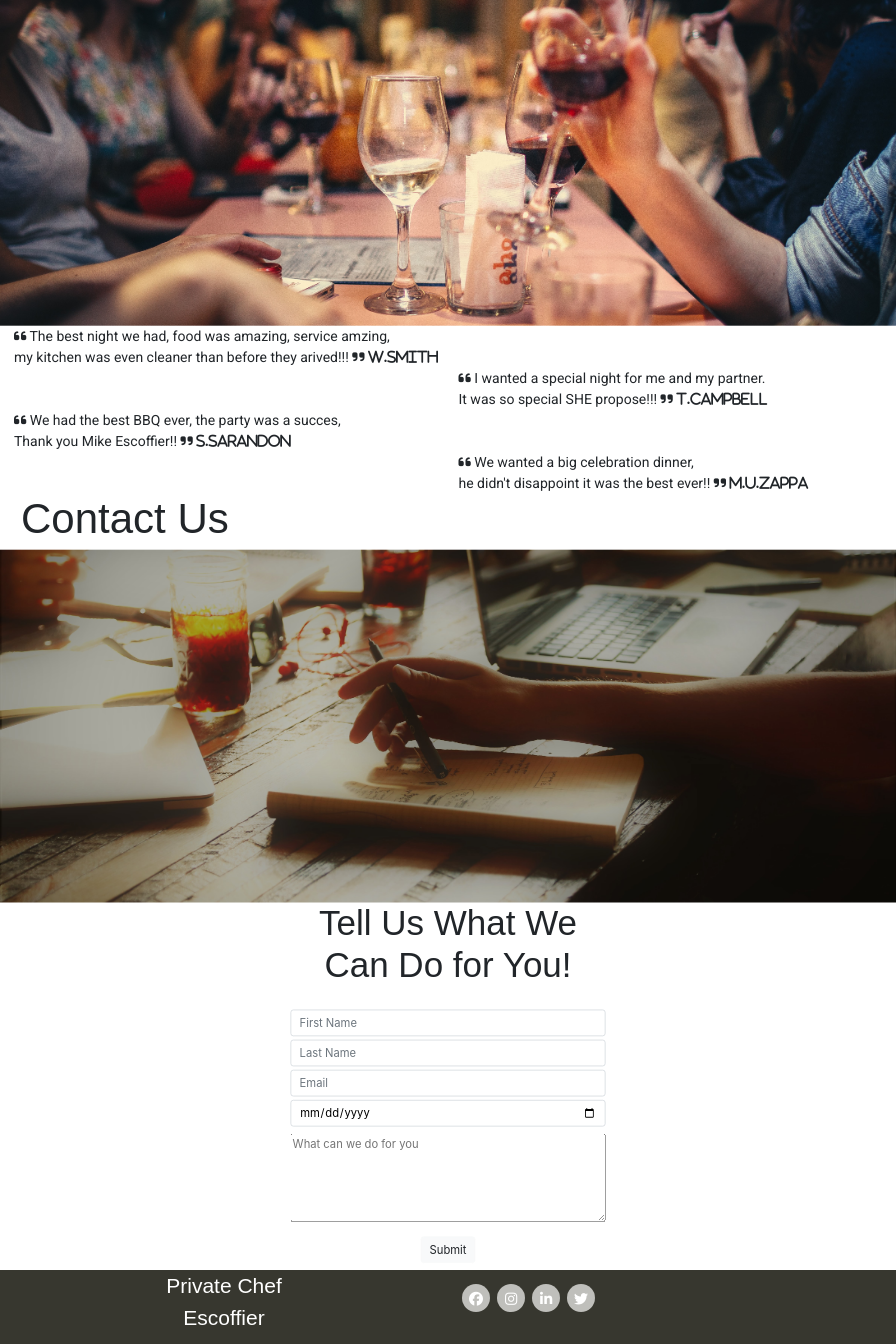
Repository: Mrsebastino/First-Milestone
Page: index.html
The author's editor kept a record of every edit. The page is drawn from the files as they stood at one moment, then again after the next edit.
The browser window is 1280 px wide. The pictures show the part of the page from y = 2046 to 3966 px (the page is 3966 px tall before and 3462 px after), at 70% of full size.
Backgrounds fixed to the window are drawn as part of the page. Some web fonts or font styles are not loaded; a fallback is used. Some web libraries are served in a nearby version.

Above is the page before.

### index.html
<!DOCTYPE html>
<html lang="en">

<head>
    <!--i used favicon generator to create the icon-->
    <meta charset="UTF-8">
    <meta name="viewport" content="width=device-width, initial-scale=1.0">
    <meta http-equiv="X-UA-Compatible" content="ie=edge">
    <title>Private Chef Escoffier</title>
    <link rel="shortcut icon" href="assets/images/favicon-32x32.png" type="image/png" />
    <link rel="stylesheet" href="https://stackpath.bootstrapcdn.com/bootstrap/4.3.1/css/bootstrap.min.css">
    <link rel="stylesheet" href="assets/css/style.css" type="text/css" />
</head>
<!-- I have nested the navbar so it shows over my background image, found it quicker to achieve what i wanted i took the code from Bootstrap-->

<body>
    <header>
        <nav class="navbar navbar-expand-lg navbar-light bg-dark">
            <button class="navbar-toggler" type="button" data-toggle="collapse" data-target="#navbarNavDropdown" aria-controls="navbarNavDropdown" aria-expanded="false" aria-label="Toggle navigation">
                               <span class="navbar-toggler-icon"></span>
                            </button>
            <div class="collapse navbar-collapse" id="navbarNavDropdown">
                <ul class="navbar-nav">
                    <li class="nav-item active">
                        <a class="nav-link-logo" href="index.html">Private Chef<br> Ecofffier <span class="sr-only"></span></a>
                    </li>
                    <li class="nav-item">
                        <a class="nav-link" href="#events">Events</a>
                    </li>
                    <li class="nav-item">
                        <a class="nav-link" href="#quotes">Quotes</a>
                    </li>
                    <li class="nav-item">
                        <a class="nav-link" href="#contact">Contact</a>
                    </li>
                </ul>
            </div>
        </nav>
        <div class="container-fluid landing-page">
            <div class="row">
                <div class="col-sm-4 col-md-6">
                    <p class="container-fluid" id="container-title"> Private Chef<br> Escoffier</p>
                </div>
            </div>
        </div>
    </header>
    <section-about>
        <div class="container-fluid">
            <div class="row no-gutter">
                <div class="col-sm-4 col-md-6 col-lg-12">
                    <span class="about-heading">Mike Escoffier</span><br> is a classically trained chef from Montreal, who worked with many Michelin star chef. He then venture around the world exploring different culture and of course food. He now bring
                    back all that experience and passion for you to enjoy in the confort of your home. He has over 30 years of experience, whether you are looking for a dinner for two or a banquet for 100, we can assure you we will cater to your need.
                    We can help you to find the perfect venues,choose your wine and providing staff.
                </div>
                <div class="container-fluid">
                    <div class="row no-gutter">
                        <div class="col-sm-4 col-md-6 col-lg-12">
                            <div class="img-fluid" id="about-photo">
                                <img src="assets/images/chanterelle-ravioli.jpg" class="square" alt="chanterelle ravioli">
                                <img src="assets/images/beef-blur-chicken-323682.jpg" class="square" alt="french trimmed rack of lamb">
                                <img src="assets/images/monkfish.jpg" class="square" alt="monkfish osso bucco with langoustine veloute">
                                <img src="assets/images/fruit-tart.jpg" class="square" alt="fruit tarts">
                            </div>
                        </div>
                    </div>
                </div>
            </div>
    </section-about>

    <section-event>
        <div id="events">
            <h1>Events</h1>
        </div>
        <div class="img-fluid events-bg"></div>
        <div class="container-fluid container-event">
            <div class="row">
                <div class="col-sm-4 col-md-6">
                    <h3 class="event-heading"> What we do </h3>
                    <p class="event-information">
                        Dinner for two<br> Big Dinner Party<br> Surprise Party<br> Celebration Dinner<br>
                    </p>
                </div>
                <div class="col-sm-4 col-md-6">
                    <h3 class="event-heading">What we Cook</h3>
                    <p class="event-information">
                        Confit Salmon w/ Slow Roast Tomatoes and Shallot Tatin. <br> Chanterelles & Taleggio Ravioli with Parmesan Crips. <br> French Trimmed Rack Of Lamb. <br> Monkfish Osso-Bucco w/ Langoustine Veloute. <br>
                    </p>
                </div>
            </div>
        </div>
    </section-event>

    <section-quotes>
        <div id="quotes">
            <h1>Quotes</h1>
        </div>
        <div class="img-fluid quotes-bg"></div>
        <div class="row">
            <div class="col quotes-container">
                <i class="fas fa-quote-left"></i> The best night we had, food was amazing, service amzing,<br> my kitchen was even cleaner than before they arived!!!
                <i class="fas fa-quote-right">  W.Smith</i>
            </div>
        </div>
        <div class="row">
            <div class="col quotes-container-right">
                <i class="fas fa-quote-left "></i> I wanted a special night for me and my partner.<br> It was so special SHE propose!!!
                <i class="fas fa-quote-right"> T.Campbell</i>
            </div>
        </div>
        <div class="row">
            <div class="col quotes-container">
                <i class="fas fa-quote-left "></i> We had the best BBQ ever, the party was a succes,<br> Thank you Mike Escoffier!!
                <i class="fas fa-quote-right">  S.Sarandon</i>
            </div>
        </div>
        <div class="row">
            <div class="col quotes-container-right">
                <i class="fas fa-quote-left "></i> We wanted a big celebration dinner,<br> he didn't disappoint it was the best ever!!
                <i class="fas fa-quote-right"> M.U.Zappa</i>
            </div>
        </div>
    </section-quotes>

    <section-contact>
        <div id="contact">
            <h1>Contact Us</h1>
        </div>
        <div class="img-fluid contact-bg"></div>
        <div class="container-fluid contact-form-section text-center">
            <div class="row">
                <h2 class="col-sm-12 header">Tell Us What We<br>Can Do for You!</h2>
            </div>
            <div id="contact-form">
                <form action="https://mike.escoffier.com" method="post">
                    <input type="text" id="fname" name="fname" class="form-control" placeholder="First Name" required="please enter your name">
                    <input type="text" id="lname" name="lname" class="form-control" placeholder="Last Name" required>
                    <input type="email" id="email" name="email" class="form-control" placeholder="Email" required>
                    <input type="date" id="date" name="date" class="form-control" placeholder="dd/m/yyyy" required>
                    <textarea rows="5" name="query" id="query" placeholder="What can we do for you" required></textarea>
                    <div id="button">
                        <input type="submit" value="Submit" class="btn btn-light">
                    </div>
                </form>
            </div>
        </div>
    </section-contact>

    <footer>
        <!--the footer is inpired by the resume project, on mobile devices i have remove the logo-footer ( a tip from my mentor)-->
        <div class=" container-fluid container-footer" id="footer">
            <div class="row">
                <div class="col-med-12 col-lg-6">
                    <p class="logo-footer">
                        <a class="logo-footer" href="index.html"><span>Private Chef<br>  Escoffier</span></a>
                    </p>
                </div>
                <div class="col-med-12 col-lg-6">
                    <ul class="list-inline social-link">
                        <li class="list-inline-item">
                            <a href="#"></a> <i class="fab fa-facebook" aria-hidden="true"></i>
                            <span class="sr-only">Facebook</span></a>
                            <a href="#"></a> <i class="fab fa-instagram" aria-hidden="true"></i>
                            <span class="sr-only">instagram</span></a>
                            <a href="#"></a> <i class="fab fa-linkedin-in" aria-hidden="true"></i>
                            <span class="sr-only">LinkedIn</span></a>
                            <a href="#"></a> <i class="fab fa-twitter" aria-hidden="true"></i>
                            <span class="sr-only">twitter</span></a>
                        </li>
                    </ul>
                </div>
            </div>
        </div>
    </footer>
    <script src="https://code.jquery.com/jquery-3.3.1.slim.min.js"></script>
    <script src="https://cdnjs.cloudflare.com/ajax/libs/popper.js/1.14.7/umd/popper.min.js"></script>
    <script src="https://stackpath.bootstrapcdn.com/bootstrap/4.3.1/js/bootstrap.min.js"></script>
    <script src="https://kit.fontawesome.com/59067acff4.js"></script>
</body>

</html>

### assets/css/style.css
@import url('https://fonts.googleapis.com/css?family=Roboto:100,200,300,400,500,600,700|Mansalva:100,200,300,400,500,600,700');

.body {
    font-family: 'Roboto', sans-serif;
    margin: 0;
    padding: 0;
}

.row {
    width: auto;
    margin: 0;
}

/*---------Header------*/

.container-fluid {
    width: auto;
    margin: 0;
    padding: 0;
}

#container-title {
    padding-top: 50px;
    font-family: 'Mansalva', sans-serif;
    text-align: center;
    font-size: 70px;
    color: #fff;
}


/*---------backgrounfd image------*/

.landing-page {
    padding: 0;
    margin: 0;
    height: 70vh;
    background: url("../images/blur-chef-cooking-2403392.jpg") no-repeat center fixed;
    background-attachment: fixed;
    -webkit-background-size: cover;
    -moz-background-size: cover;
    -o-background-size: cover;
    background-size: cover;
}

.events-bg {
    padding: 0;
    margin: 0;
    height: 70vh;
    background: url("../images/anise-aroma-art-277253.jpg") no-repeat center fixed;
    background-attachment: scroll;
    -webkit-background-size: cover;
    -moz-background-size: cover;
    -o-background-size: cover;
    background-size: cover;
}

.quotes-bg {
    padding: 0;
    margin: 0;
    height:70vh;
    background: url("../images/adult-bar-blur-696218.jpg") no-repeat center fixed;
    background-attachment: scroll;
    -webkit-background-size: cover;
    -moz-background-size: cover;
    -o-background-size: cover;
    background-size: cover;
}

.contact-bg {
    padding: 0;
    margin: 0;
    height: 70vh;
    background: url("../images/conference-learning-meeting-7095.jpg") no-repeat center fixed;
    background-attachment: scroll;
    -webkit-background-size: cover;
    -moz-background-size: cover;
    -o-background-size: cover;
    background-size: cover;
}


/*---------Navbar------*/

.navbar {
    position: static;
}

.nav-link-logo {
    font-family: 'Mansalva', sans-serif;
    font-size: 25px;
    color: #fff;
    transition: all 0.5s ease-in-out;
    -moz-transition: all 0.5s ease-in-out;
    -webkit-transition: all 0.5s ease-in-out;
    -o-transition: all 0.5s ease-in-out;
}

.nav-link-logo:hover {
    color: #fff;
    font-size: 30px;
    text-decoration: none;

}

.nav-link {
    font-family: 'Mansalva', sans-serif;
    font-size: 25px;
    color: #fff;
    transition: all 0.5s ease-in-out;
    -moz-transition: all 0.5s ease-in-out;
    -webkit-transition: all 0.5s ease-in-out;
    -o-transition: all 0.5s ease-in-out;
}

.navbar-light .navbar-nav .nav-link {
    color: #fff;
    margin-left: 30px;
    padding: 0px;
}

.navbar-light .navbar-nav .nav-link:hover {
    color: #fff;
    font-size: 30px;

}

.navbar-toggler-icon {
    color: #fff;
    display: inline-block;
    width: 1.5em;
    height: 1.5em;
    vertical-align: middle;
    background: no-repeat center center;
    background-size: 100%;
}

.navbar-toggler {
    padding: .25rem .75rem;
    font-size: 1.25rem;
    line-height: 1;
    background-color: #fff;
    border: 1px solid transparent;
    border-radius: .25rem;
}

/*---------events------*/


h1 {
    font-size: 60px;
    font-weight: 400;
    font-family: 'Mansalva', sans-serif;
    padding-left: 30px;

}

.container-event {
    margin: 0;
    padding: 0;
    background-color: #f6f6f0;
}

.about-heading {
    font-family: 'Mansalva', sans-serif;
    font-size: 60px;
    text-align: center;
    font-weight: 500;
    color: #212529;
}

.event-heading {
    font-family: 'Mansalva', sans-serif;
    font-size: 60px;
    text-align: center;
    font-weight: 500;
    color: #212529;
}

.event-information {
    height: auto;
    color: black;
    text-align: center;
    font-size: 20px;
    font-weight: 500;
}

#about-photo {
    margin-left: 60px;
    display: inline;
}

/*---------quotes------*/

.quotes-container {
    margin: 0 5px;
    font-family: 'Roboto', sans-serif;
    font-size: 20px;
    height: auto;
}

.quotes-container-right {
    font-family: 'Roboto', sans-serif;
    font-size: 20px;
    margin-left: 50%;
    height: auto;
}

/*---------contact us------*/

.header {
    font-family: 'Mansalva', sans-serif;
    font-size: 50px;
    padding-bottom: 20px;
    text-align: center;
}

.contact-form-section {
    background-color: #fffff;
    text-align: center;
}

#contact-form {
    display: inline-grid;
}


#fname,#lname,#email,#date,#query {
    width: 450px;
    margin-bottom: 5px;
    margin-top: 5px;
    color: #000;
}
#button {
    margin-top: 10px;
    margin-bottom: 10px;
    text-align: center;
}

/*---------Footer------*/

#footer {
    position: absolute;
    width: 100%;
    background-color: #37372F;
}

.list-inline-item {
    display: inline-table;
}

.logo-footer {
    font-family: 'Mansalva', sans-serif;
    font-size: 30px;
    color: #fff; ;
    text-align: center;
    transition: all 0.5s ease-in-out;
    -moz-transition: all 0.5s ease-in-out;
    -webkit-transition: all 0.5s ease-in-out;
    -o-transition: all 0.5s ease-in-out;
}

.logo-footer:hover {
    font-size: 35px;
    text-decoration: none;
    color: #fff;
}

.fab {
    margin-left:5px;
    margin-right: 5px;
    height: 40px;
    width: 40px;
    padding: 12px 0;
    border-radius: 50px;
    text-align: center;
    font-size: 20px;
    margin-top: 20px;
    color: #fff; ;
    background-color: #BFBFBB;
    transition: all 0.5s ease-in-out;
    -moz-transition: all 0.5s ease-in-out;
    -webkit-transition: all 0.5s ease-in-out;
    -o-transition: all 0.5s ease-in-out;
}

.fab:hover {
    color: #5f5d5d;
    text-decoration: none;
    font-size: 20px;
}

/*---------media queries------*/

@media(max-width: 767px) {
    .logo-footer {
        display: none;
    }
    .list-inline.social-link {
        text-align: center;
    }
    .quotes-container {
        display: inline-grid;
        padding-top: 5px;
        padding-bottom: 5px;
    }
    .quotes-container-right {
        display: inline-grid;
        margin-left: 0;
        padding-top: 5px;
        padding-bottom: 5px;
    }
}

After the next edit:
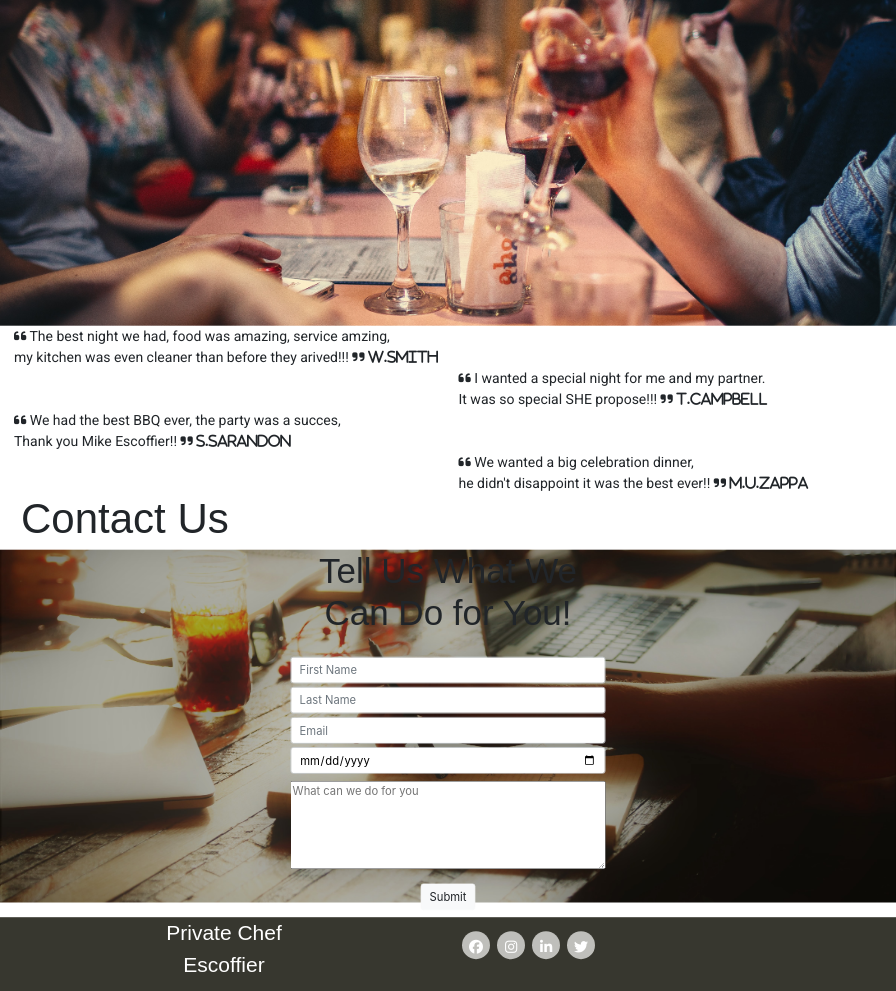
The edit:
--- a/index.html
+++ b/index.html
@@ -125,7 +125,7 @@
         <div id="contact">
             <h1>Contact Us</h1>
         </div>
-        <div class="img-fluid contact-bg"></div>
+        <div class="img-fluid contact-bg">
         <div class="container-fluid contact-form-section text-center">
             <div class="row">
                 <h2 class="col-sm-12 header">Tell Us What We<br>Can Do for You!</h2>
